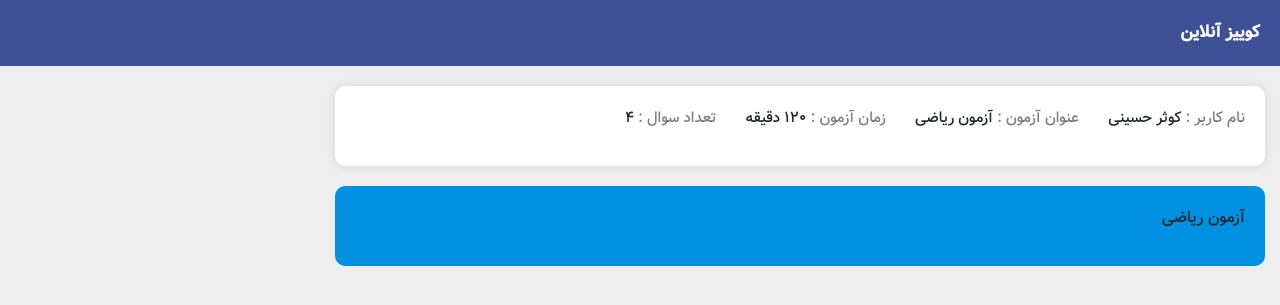
Repository: kosar78/quiz-online
Page: quiz.html
The author's editor kept a copy of each file at every save. The page is drawn from the files as they stood at one save, then again after a run of saves.
The browser window is 1280 px wide. The pictures show the whole page.
Some web libraries are served in a nearby version.

Above is the page before, as saved 2022-01-09 21:09:57.

### quiz.html
<!DOCTYPE html>
<html lang="en">
<head>
    <meta charset="UTF-8">
    <meta name="viewport" content="width=device-width, initial-scale=1.0">
    <link rel="stylesheet" href="css/quiz.css">
    <link rel="stylesheet" href="bootstrap_files/css/bootstrap.min.css">
    <script type="text/javascript" src="JQuery_file/jQuery.js"></script>
    <script type="text/javascript" src="bootstrap_files/js/bootstrap.min.js"></script>
    <!-- <script type="text/javascript" src="js/signin.js"></script> -->
    <title>امتحان</title>
</head>
<body>
    <div class="container-fluid signin-container">
        <div class="row main-row">
            <div class="headerr">کوییز آنلاین</div>

            <div class="col-xl-9">
                <div class="quiz-details">
                    <ul>
                        <li>
                            <ul>
                                <li class="q-info-title">نام کاربر :</li>
                                <li>کوثر حسینی</li>
                            </ul>
                        </li>
                        <li>
                            <ul>
                                <li class="q-info-title">عنوان آزمون :</li>
                                <li>آزمون ریاضی</li>
                            </ul>
                        </li>
                        <li>
                            <ul>
                                <li class="q-info-title">زمان آزمون :</li>
                                <li>120 دقیقه</li>
                            </ul>
                        </li>
                        <li>
                            <ul>
                                <li class="q-info-title">تعداد سوال :</li>
                                <li>4</li>
                            </ul>
                        </li>
                    </ul>
                </div>
                <div class="exam-title-div">
                    <p class="exam-title">
                        آزمون ریاضی
                    </p>
                </div>
            </div>
            <div class="col-xl-3">

            </div>
        </div>
    </div>

    <script src="https://cdnjs.cloudflare.com/ajax/libs/axios/0.18.0/axios.min.js"></script>
    <!-- <script src="./connectToDB/signUp.js"></script> -->

</body>
</html>

### css/quiz.css
@font-face {
    font-family: FirstFont;
    src:url(../font/Vazir-Medium.woff2) format('woff2');
    src:url(../font/Vazir-Medium-FD-WOL.woff2) format('woff2');
  }
* {
    margin: 0;
    padding: 0;
    user-select: none;
    -moz-user-select: none;
    -khtml-user-select: none;
    -webkit-user-select: none;
    -o-user-select: none;
    text-align: right;
    text-decoration:none;
}
html body {
    direction: rtl;
    font-family:FirstFont;
    text-align: center;
    /* background: linear-gradient(260.06deg, #363671 12.33%, #3E5196 57.46%); */
    /* height: 100vh; */
    background-color: #eee;
}

ul li{
    display: inline-block;
    list-style: none;
}
.headerr{
    background-color: #3E5196;
    color: white;
    font-weight: 600;
    width: 100%;
    padding: 20px;
    font-size: 17px;
}
.quiz-details{
    background-color: #fff;
    box-shadow: 0px 0px 10px rgba(0, 0, 0, 0.1);
    border-radius: 10px;
    width: 100%;
    height: max-content;
    padding: 20px !important;
    position: relative;
    margin: 20px 0;
}
.quiz-details ul li ul{
    margin-left: 25px;
    font-size: 15px;
}
.q-info-title{
    color: rgb(0, 0, 0,.5);
}
.exam-title-div{
    background-color:#0091E2;
    border-radius: 10px;
    width: 100%;
    height: max-content;
    padding: 20px !important;
    position: relative;
    margin: 20px 0;
}
::placeholder {
    color: rgb(0, 0, 0,.5);
    opacity: 0.95;
  }

:-ms-input-placeholder {
    color: rgb(0, 0, 0,.5);
}

::-ms-input-placeholder {
    color: rgb(0, 0, 0,.5);
}

@media(max-width:335px){
    #password,
    #username,
    #confirm-password,
    #code{
        width: 84%;
    }

}

Loaded but not shown: bootstrap_files/css/bootstrap.min.css (library); JQuery_file/jQuery.js (library); bootstrap_files/js/bootstrap.min.js (library)

After the next 2 saves:
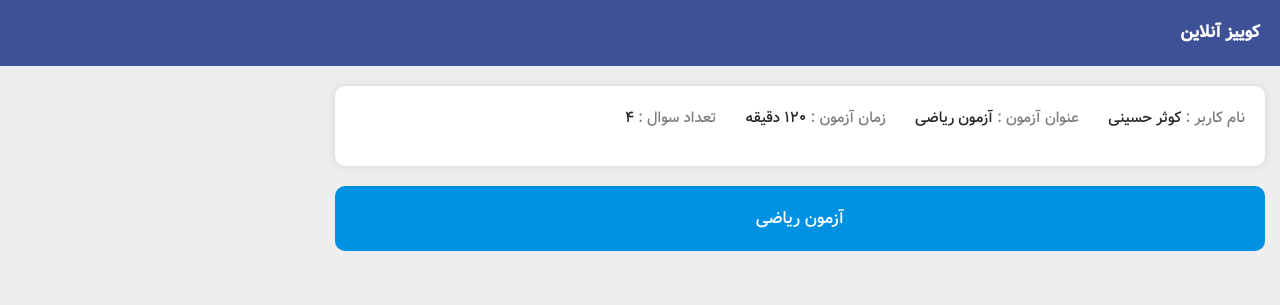
The 2 saves are shown as one change because they came seconds apart.
The last was saved 108 s later.
--- a/css/quiz.css
+++ b/css/quiz.css
@@ -61,6 +61,14 @@ ul li{
     position: relative;
     margin: 20px 0;
 }
+.exam-title-div p{
+    color: #fff;
+    font-size: 17px;
+    text-align: center;
+    padding-top: 0px;
+    margin-bottom: 0px;
+
+}
 ::placeholder {
     color: rgb(0, 0, 0,.5);
     opacity: 0.95;
